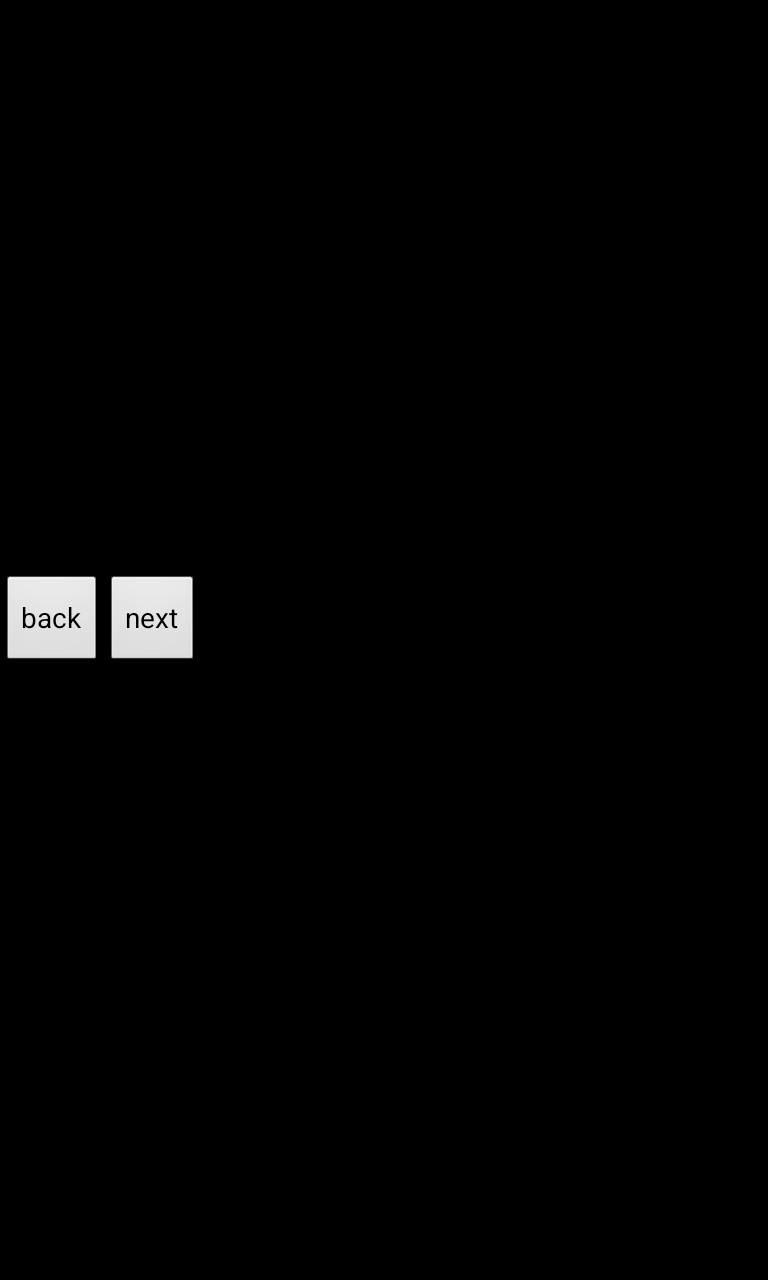
Repository: kangchihlun/UnityAndroidSubView
Layout: AndroidVuforiaSubView/FragmentDemo/res/layout/activity_main.xml
An editor plug-in stored every save of this project. The layout is shown before and after the next save, followed by the edit.
It is drawn on a 768 x 1280 px phone screen (xhdpi) without system bars, with theme android:Theme.NoTitleBar.Fullscreen; the app's code is not run.

Above is the layout before, as saved 2015-03-11 07:37:30.

### AndroidVuforiaSubView/FragmentDemo/res/layout/activity_main.xml
<LinearLayout xmlns:android="http://schemas.android.com/apk/res/android"
    android:layout_width="match_parent"
    android:layout_height="match_parent"
    android:orientation="vertical">

    <LinearLayout
        android:id="@+id/fragment_container"
        android:layout_width="match_parent"
        android:layout_height="287dp"
        android:orientation="vertical"
        android:padding="20dp" />
"

    <LinearLayout
        android:layout_width="fill_parent"
        android:layout_height="264dp" >

		<Button
		    android:layout_width="wrap_content"
		    android:layout_height="wrap_content"
		    android:text="back"
		    android:id="@+id/back_button" />

		<Button
		    android:layout_width="wrap_content"
		    android:layout_height="wrap_content"
		    android:text="next"
		    android:id="@+id/next_button" />
	</LinearLayout>

</LinearLayout>

After the next save:
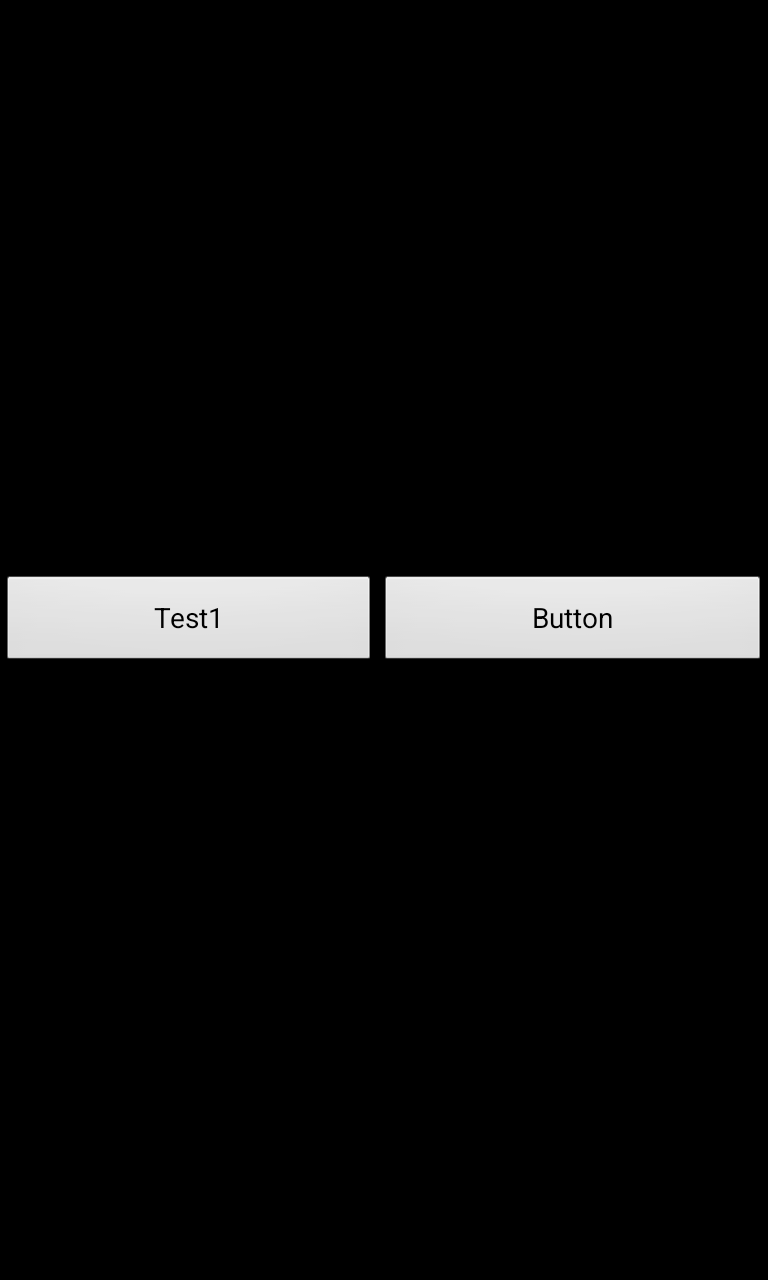
Saved 19 min 12 s later.
--- a/AndroidVuforiaSubView/FragmentDemo/res/layout/activity_main.xml
+++ b/AndroidVuforiaSubView/FragmentDemo/res/layout/activity_main.xml
@@ -11,21 +11,26 @@
         android:padding="20dp" />
 "
 
-    <LinearLayout
-        android:layout_width="fill_parent"
-        android:layout_height="264dp" >
+     <LinearLayout
+        android:layout_width="match_parent"
+        android:layout_height="wrap_content"
+        android:layout_alignParentBottom="true"
+        android:layout_alignParentLeft="true" >
 
-		<Button
-		    android:layout_width="wrap_content"
-		    android:layout_height="wrap_content"
-		    android:text="back"
-		    android:id="@+id/back_button" />
+        <Button
+            android:id="@+id/button2"
+            android:layout_width="wrap_content"
+            android:layout_height="wrap_content"
+            android:layout_weight="1"
+            android:text="Test1" />
 
-		<Button
-		    android:layout_width="wrap_content"
-		    android:layout_height="wrap_content"
-		    android:text="next"
-		    android:id="@+id/next_button" />
-	</LinearLayout>
+        <Button
+            android:id="@+id/button1"
+            android:layout_width="wrap_content"
+            android:layout_height="wrap_content"
+            android:layout_weight="1"
+            android:text="Button" />
+
+    </LinearLayout>
 
 </LinearLayout>
